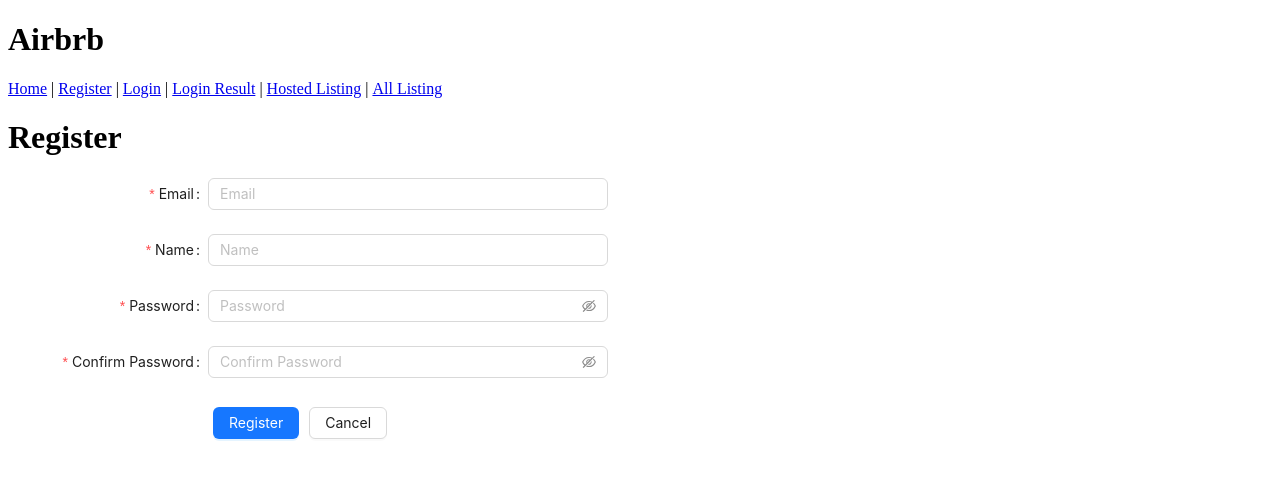
Repository: shaynewx/Airbrb
Page: /register (app in frontend/)
An editor plug-in stored every save of this project. The page is shown before and after the next save, followed by the edit.
The browser window is 1280 px wide. The pictures show the whole page.
The project was rebuilt for these pictures with package versions that can differ from the ones it lists, and the page was loaded fresh each time. Also part of the build but not shown: frontend/src/components/Home.jsx, frontend/src/components/form/LoginForm.jsx, frontend/src/components/Login.jsx, frontend/src/components/LoginResult.jsx, frontend/src/components/listing/ListingForm.jsx, frontend/src/components/listing/CreateNewListing.jsx, frontend/src/components/HostedListing.jsx, frontend/src/components/AllListing.jsx and 1 more.

Above is the page before, as saved 2023-11-08 19:35:17.

After the next save:
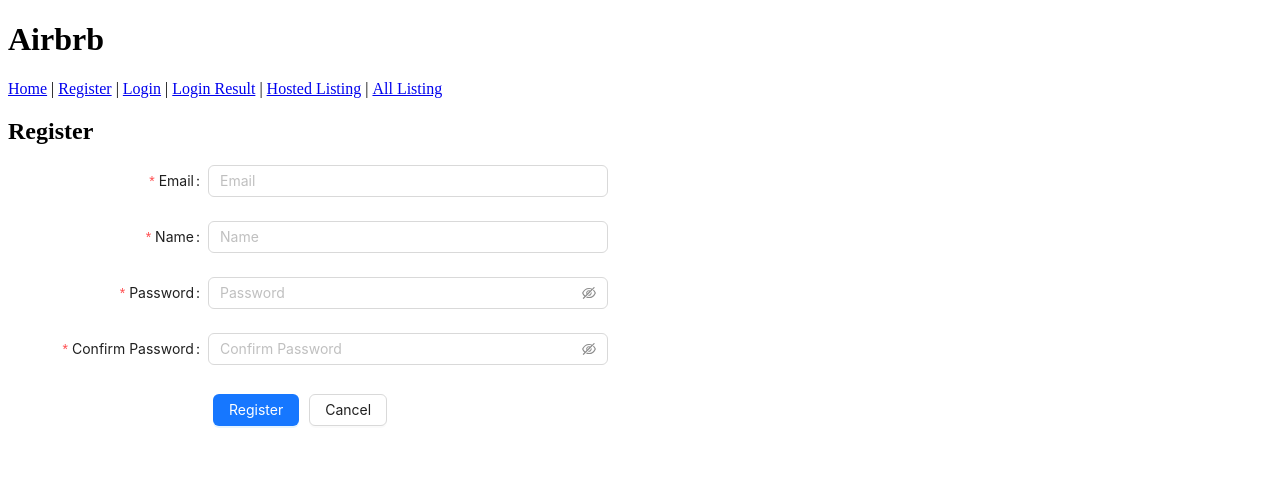
Saved 101 min 32 s later.
--- a/frontend/src/components/Register.jsx
+++ b/frontend/src/components/Register.jsx
@@ -4,7 +4,7 @@
 function Register () {
   return (
     <div>
-      <h1>Register</h1>
+      <h2>Register</h2>
       <RegisterForm />
     </div>
   );
